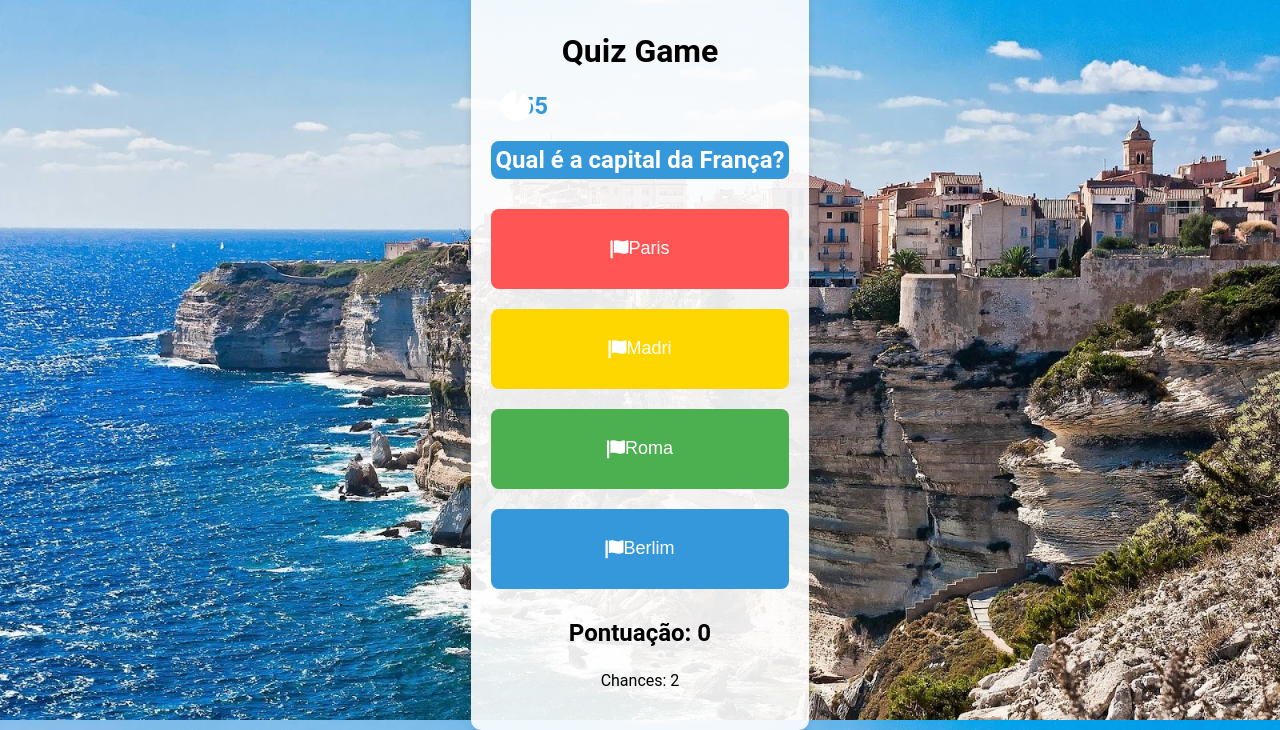
Repository: Matheus904-12/Quizz
Page: index.html
An editor plug-in stored every save of this project. The page is shown before and after the next save, followed by the edit.
The browser window is 1280 px wide. The pictures show the whole page.

Above is the page before, as saved 2023-08-21 19:36:18.

After the next save:
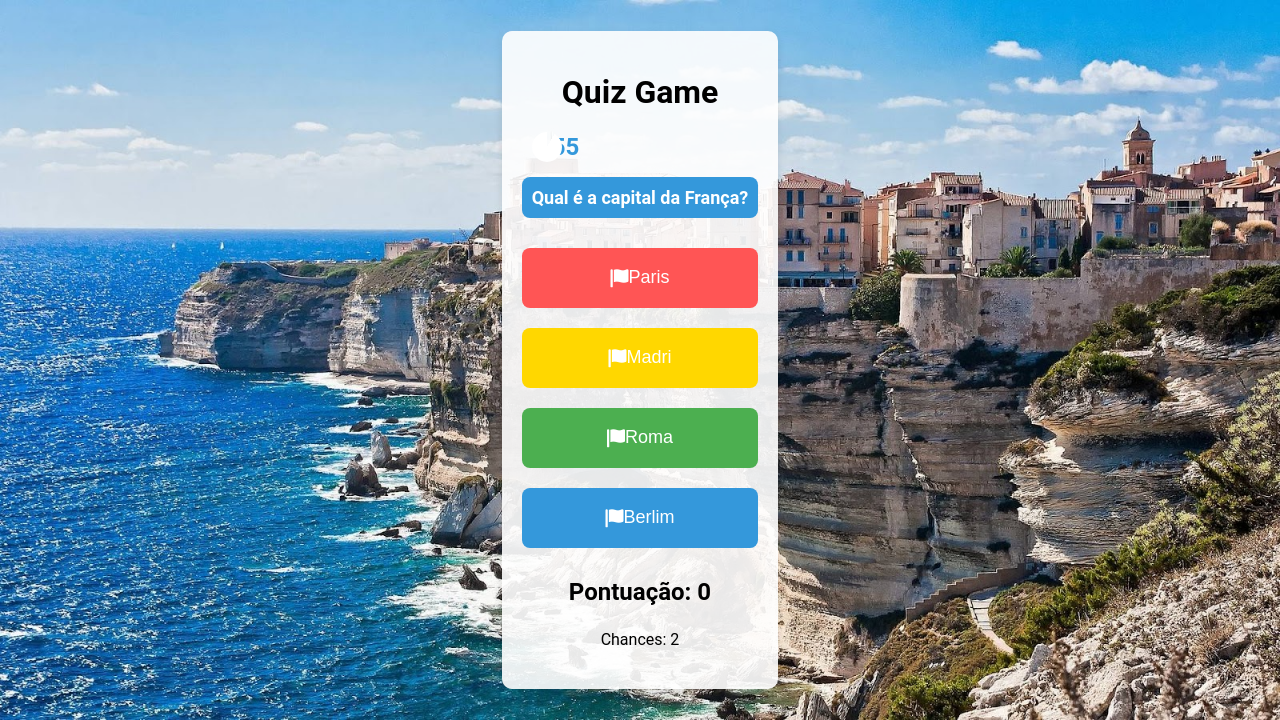
Saved 21 s later.
--- a/style.css
+++ b/style.css
@@ -21,9 +21,9 @@ body {
 }
 
 .question {
-    font-size: 24px;
+    font-size: 18px; /* Reduzindo o tamanho da fonte */
     margin-bottom: 20px;
-    padding: 5px; /* Tamanho uniforme para caixas de pergunta */
+    padding: 10px; /* Diminuindo o tamanho da caixa de pergunta */
     border-radius: 8px;
     background-color: #3498DB; /* Cor de fundo para caixas de pergunta */
     color: #fff; /* Cor do texto para caixas de pergunta */
@@ -40,7 +40,7 @@ body {
     align-items: center;
     justify-content: center;
     width: 100%;
-    height: 80px;
+    height: 60px; /* Reduzindo a altura dos botões das alternativas */
     margin: 10px 0;
     cursor: pointer;
     border-radius: 8px;
@@ -54,7 +54,7 @@ body {
 .timer-circle {
     width: 30px;
     height: 30px;
-    background: conic-gradient(transparent 0deg, #3498DB 0deg);
+    background: conic-gradient(transparent 0deg, #3498DB 0deg); /* Cor azul para a bolinha */
     border-radius: 50%;
     position: relative;
     left: 10px; /* Posição ajustada para o relógio ao lado da bolinha */
